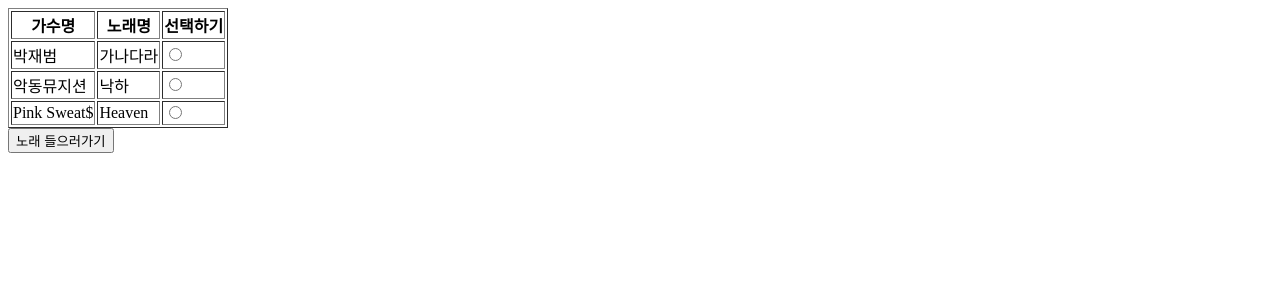
Repository: SimpleRan/jsp_paractice2
Page: http://localhost/JSPBasic/jspobject/qiuz/music.jsp
An editor plug-in stored every save of this project. The page is shown before and after the next save, followed by the edit.
The browser window is 1280 px wide. The pictures show the whole page.
The page is served by Tomcat 9.

Above is the page before, as saved 2022-03-28 12:48:19.

After the next save:
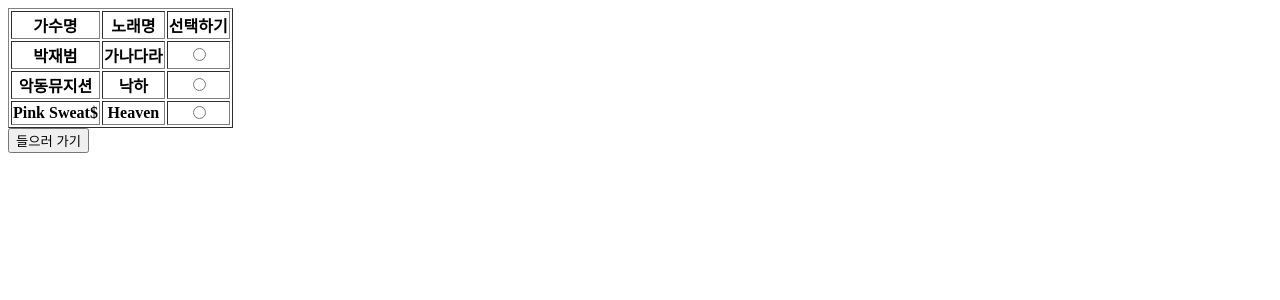
Saved 19 h 25 min later.
--- a/JSPBasic/src/main/webapp/jspobject/qiuz/music.jsp
+++ b/JSPBasic/src/main/webapp/jspobject/qiuz/music.jsp
@@ -10,35 +10,34 @@
 <!-- music.jsp  에는 테이블 형태로 가수, 노래제목, radio를 두시고
 곡은 3곡이상 두세요. music_result.jsp에서는 music.jsp에서 보낸 노래제목을 받아서 감지한다음
 유튜브 영상 주로로 리다이렉트 시키게 해주세요. -->
-	<form aciton = "http://localhost:8181/JSPBasic/jspobject/qiuz/music_result.jsp" method="post">
-	 <table  border ="1">
-	  <thead>
-	   <tr>
-	      <th> 가수명 </th>
-	      <th> 노래명 </th>
-	      <th> 선택하기 </th>
-	    </tr>
-	  </thead>
-	  <tbody>
-	   <tr>
-	    <td>박재범</td>
-	    <td>가나다라</td>
-	    <td><input type="radio" name="music" value="가나다라"></td>
-	   </tr>
-	   <tr>
-	    <td>악동뮤지션</td>
-	    <td>낙하</td>
-	    <td><input type="radio" name="music" value="낙하"></td>
-	   </tr>
-	   <tr>
-	    <td>Pink Sweat$</td>
-	    <td>Heaven</td>
-	    <td><input type="radio" name="music" value="heaven"></td>
-	   </tr>
-	  </tbody>
-	 </table>
-
-	 <input type= "submit"  value="노래 들으러가기"/>
+		<form action="http://localhost:8181/JSPBasic/jspobject/quiz/music_result.jsp" method="post">
+		<table border="1">
+			<thead>
+				<tr>
+					<th>가수명</th>
+					<th>노래명</th>
+					<th>선택하기</th>
+				</tr>
+			</thead>
+			<tbody>
+				<tr>
+					<th>박재범</th>
+					<th>가나다라</th>
+					<th><input type="radio" name="song" value="가나다라"></th>
+				</tr>
+				<tr>
+					<th>악동뮤지션</th>
+					<th>낙하</th>
+					<th><input type="radio" name="song" value="낙하"></th>
+				</tr>
+				<tr>
+					<th>Pink Sweat$</th>
+					<th>Heaven</th>
+					<th><input type="radio" name="song" value="Heaven"></th>
+				</tr>
+			</tbody>
+		</table>
+		<input type="submit" value="들으러 가기">
 	</form>
 </body>
 </html>
